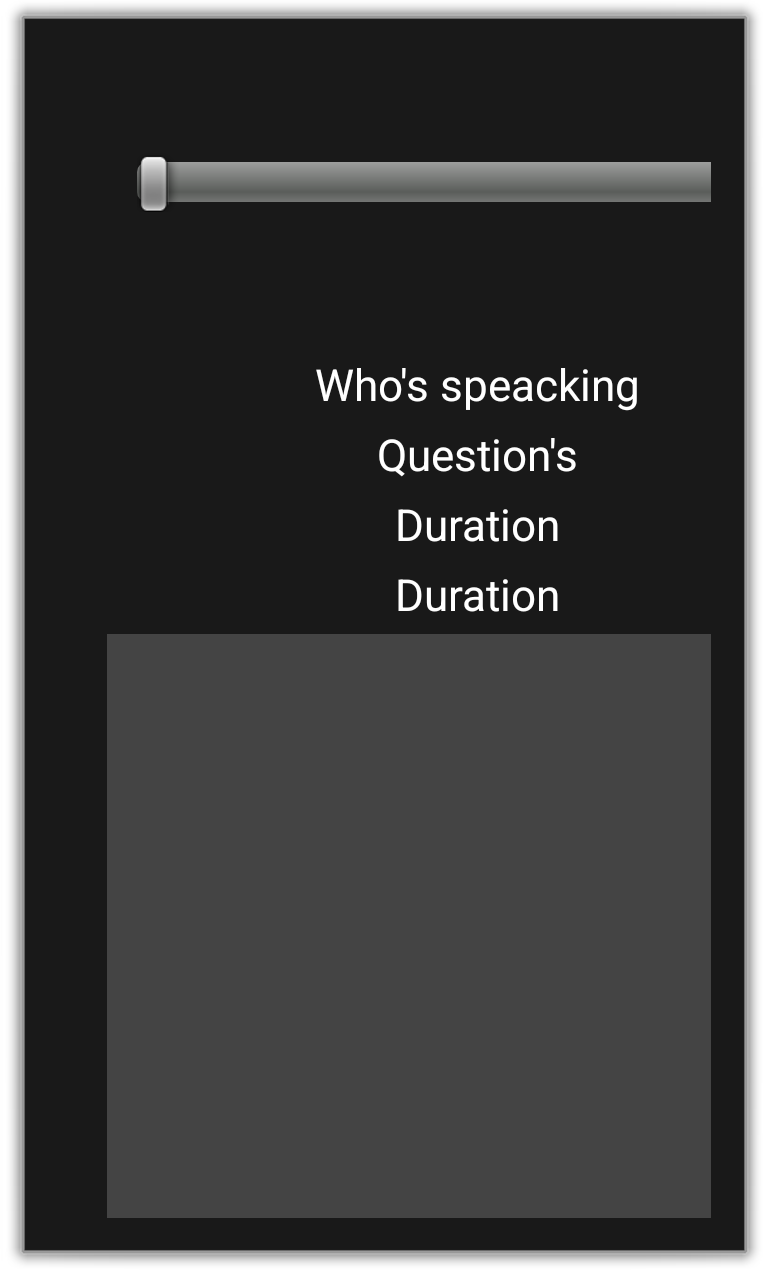
Repository: i-togui/TX
Layout: MM-Project/res/layout/activity_tag.xml
The author's editor kept a copy of each file at every save. The layout is drawn from the files as they stood at one save, then again after the next save.
It is drawn on a 768 x 1280 px phone screen (xhdpi) without system bars, with theme android:Theme.Dialog; the app's code is not run. Lists and similar views that code fills are empty.

Above is the layout before, as saved 2013-12-31 17:22:29.

### MM-Project/res/layout/activity_tag.xml
<LinearLayout xmlns:android="http://schemas.android.com/apk/res/android"
    xmlns:tools="http://schemas.android.com/tools"
    android:layout_width="1200dp"
    android:layout_height="700dp"
    android:paddingBottom="@dimen/activity_vertical_margin"
    android:paddingLeft="@dimen/activity_vertical_margin"
    android:paddingRight="@dimen/activity_vertical_margin"
    android:weightSum="4.0"
    android:orientation="vertical"
    android:paddingTop="@dimen/activity_vertical_margin"
    tools:context=".TagActivity" >
	    <LinearLayout
	    android:layout_width="1165dp"
	    android:layout_height="150dp"
	    android:layout_weight="1.0"
	    android:weightSum="10.0"
	    android:padding="10dp"
	    android:layout_marginLeft="30dp"
	    android:orientation="horizontal">

		    <SeekBar
	        android:id="@+id/seek_bar"
	        android:layout_width="800dp"
	        android:layout_height="wrap_content"
	        android:layout_gravity="center_vertical"
            android:gravity="center_vertical"
	        android:layout_centerInParent="true" />

			<ImageView
			android:id="@+id/img_play"
		    android:layout_width="100dp"
	        android:layout_height="100dp"
	        android:layout_gravity="center_vertical"
            android:gravity="center_vertical"
	        android:src="@drawable/play"
	        android:onClick="playAction"/>

			<ImageView
			android:id="@+id/img_pause"
		    android:layout_width="100dp"
	        android:layout_height="100dp"
	        android:layout_gravity="center_vertical"
            android:gravity="center_vertical"
	        android:src="@drawable/ic_action_pause_over_video"
	        android:onClick="pauseAction"/>

			<ImageView
			android:id="@+id/img_save"
		    android:layout_width="100dp"
	        android:layout_height="100dp"
	        android:layout_gravity="center_vertical"
            android:gravity="center_vertical"
	        android:src="@drawable/ic_action_save"
	        android:onClick="saveAll"/>
	    </LinearLayout>
	   	<LinearLayout
	    android:layout_width="1165dp"
	    android:layout_height="500dp"
	    android:layout_weight="1.0"
	    android:weightSum="10.0"
	    android:layout_marginTop="10dp"
	    android:padding="10dp"
	    android:orientation="horizontal">
			<LinearLayout
		    android:layout_width="400dp"
		    android:layout_height="480dp"
		    android:orientation="vertical">
			    <TextView
	            android:id="@+id/textWho"
	            android:layout_width="wrap_content"
	            android:layout_height="wrap_content"
	            android:layout_gravity="center_horizontal"
	            android:gravity="center_horizontal"
	            android:layout_weight="1.0"
	            android:text="Who's speacking"
	            android:textAppearance="?android:attr/textAppearanceLarge"/>
			    <TextView
	            android:id="@+id/textWhy"
	            android:layout_width="wrap_content"
	            android:layout_height="wrap_content"
	            android:layout_gravity="center_horizontal"
	            android:gravity="center_horizontal"
	            android:layout_weight="1.0"
	            android:text="Question's"
	            android:textAppearance="?android:attr/textAppearanceLarge"/>
				<TextView
	            android:id="@+id/texthowmuch"
	            android:layout_width="wrap_content"
	            android:layout_height="wrap_content"
	            android:layout_gravity="center_horizontal"
	            android:gravity="center_horizontal"
	            android:layout_weight="1.0"
	            android:text="Duration"
	            android:textAppearance="?android:attr/textAppearanceLarge"/>
				<TextView
	            android:id="@+id/textcomment"
	            android:layout_width="wrap_content"
	            android:layout_height="wrap_content"
	            android:layout_gravity="center_horizontal"
	            android:gravity="center_horizontal"
	            android:layout_weight="1.0"
	            android:text="Duration"
	            android:scrollbars = "horizontal"
	            android:textAppearance="?android:attr/textAppearanceLarge"/>
				<ListView
				android:id="@+id/items_list"
				android:layout_width="370dp"
				android:layout_height="320dp"
				android:layout_gravity="center_horizontal"
	            android:gravity="center_horizontal"
				android:layout_marginBottom="20dp"
				android:background="@color/whitegrey"/>
		    </LinearLayout>
			<HorizontalScrollView
			android:layout_width="730dp"
			android:background="@drawable/border"
	    	android:layout_height="480dp">
				<LinearLayout
			    android:id="@+id/list_list"
				android:layout_width="730dp"
				android:layout_margin="40dp"
			    android:layout_height="480dp"
			    android:orientation="horizontal">

				</LinearLayout>
			</HorizontalScrollView>
	    </LinearLayout>
 </LinearLayout>

### MM-Project/res/values/styles.xml
<?xml version="1.0" encoding="utf-8"?>
<resources>

    <!--
        Base application theme, dependent on API level. This theme is replaced
        by AppBaseTheme from res/values-vXX/styles.xml on newer devices.
    -->
    <style name="AppBaseTheme" parent="android:Theme.Light">
        <!--
            Theme customizations available in newer API levels can go in
            res/values-vXX/styles.xml, while customizations related to
            backward-compatibility can go here.
        -->
    </style>

    <!-- Application theme. -->
    <style name="AppTheme" parent="AppBaseTheme">
        <!-- All customizations that are NOT specific to a particular API-level can go here. -->
    </style>

    <color name="black">#FF000000</color>
    <color name="whitegrey">#FF444444</color>
    <color name="whitegreyy">#FFFFFFFF</color>
    <color name="blue">#FF0000FF</color>

    <style name="dialog_light" parent="@android:style/Theme.Dialog">
        <item name="@android:windowBackground">@color/whitegrey</item>
        <item name="@android:textColor">@color/black</item>
    </style>

    <style name="LoginFormContainer">
        <item name="android:layout_width">match_parent</item>
        <item name="android:layout_height">wrap_content</item>
        <item name="android:padding">16dp</item>
    </style>

</resources>

### MM-Project/res/drawable/border.xml
<?xml version="1.0" encoding="utf-8"?>
<shape xmlns:android="http://schemas.android.com/apk/res/android"
       android:shape="rectangle">
   <stroke
        android:width="5dip"
        android:color="@android:color/white" />
    <corners
      android:radius="2dp"
      android:topRightRadius="0dp"
      android:bottomRightRadius="0dp"
      android:bottomLeftRadius="0dp" />
</shape>

Loaded but not shown: MM-Project/res/values/dimens.xml (common file)

After the next save:
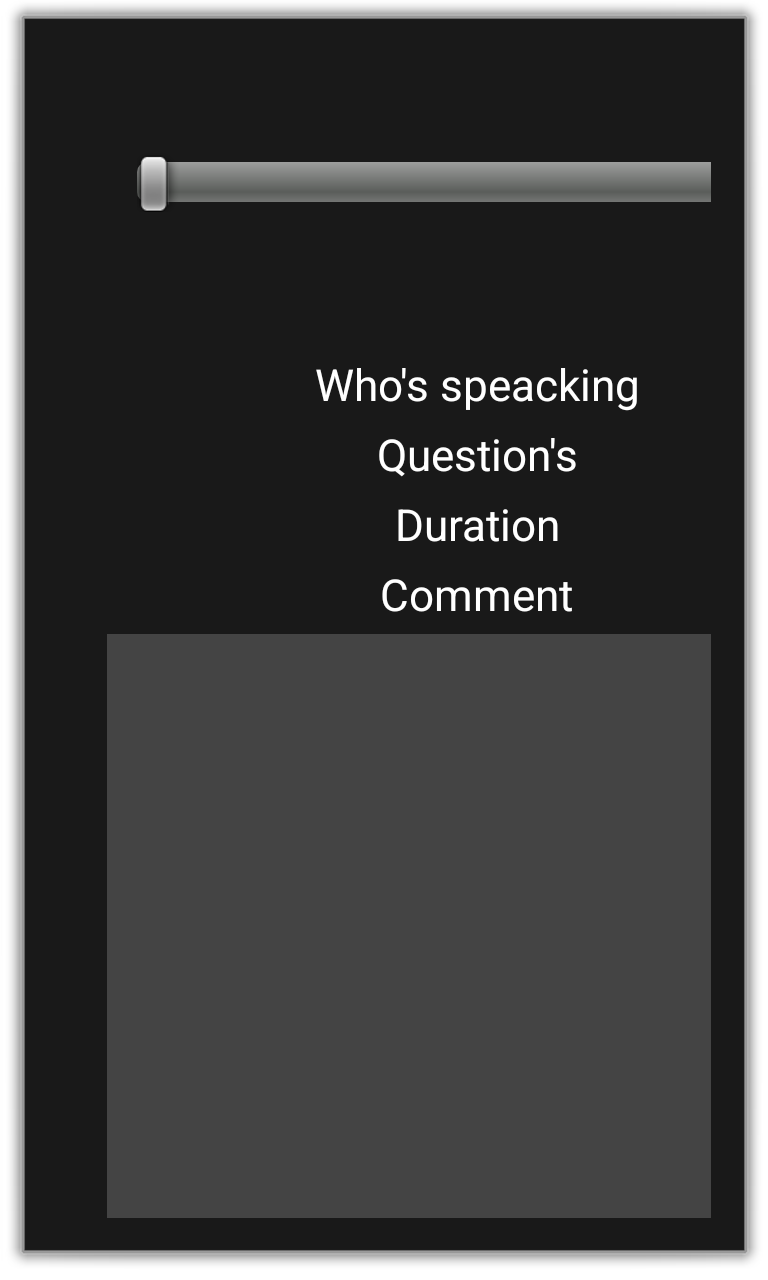
Saved 27 s later.
--- a/MM-Project/res/layout/activity_tag.xml
+++ b/MM-Project/res/layout/activity_tag.xml
@@ -99,7 +99,7 @@
 	            android:layout_gravity="center_horizontal"
 	            android:gravity="center_horizontal"
 	            android:layout_weight="1.0"
-	            android:text="Duration"
+	            android:text="Comment"
 	            android:scrollbars = "horizontal"
 	            android:textAppearance="?android:attr/textAppearanceLarge"/>
 				<ListView
